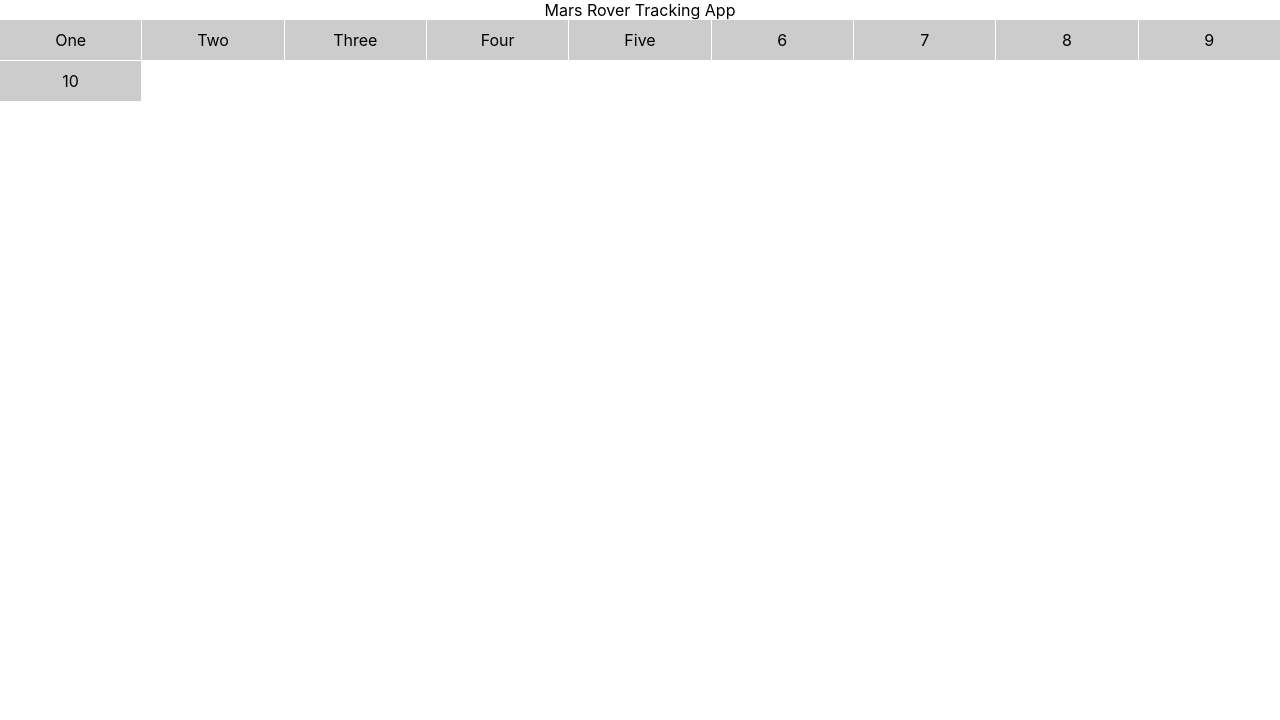
Repository: madhurisandbhor/Rover-Tracking-App
Page: /
These files come from the project's save history. The page is drawn as it stood at one moment and after the next save; the edit follows.
The browser window is 1280 px wide. The pictures show the whole page.
The project was rebuilt for these pictures with package versions that can differ from the ones it lists, and the page was loaded fresh each time.

Above is the page before, as saved 2021-09-06 16:54:40.

After the next save:
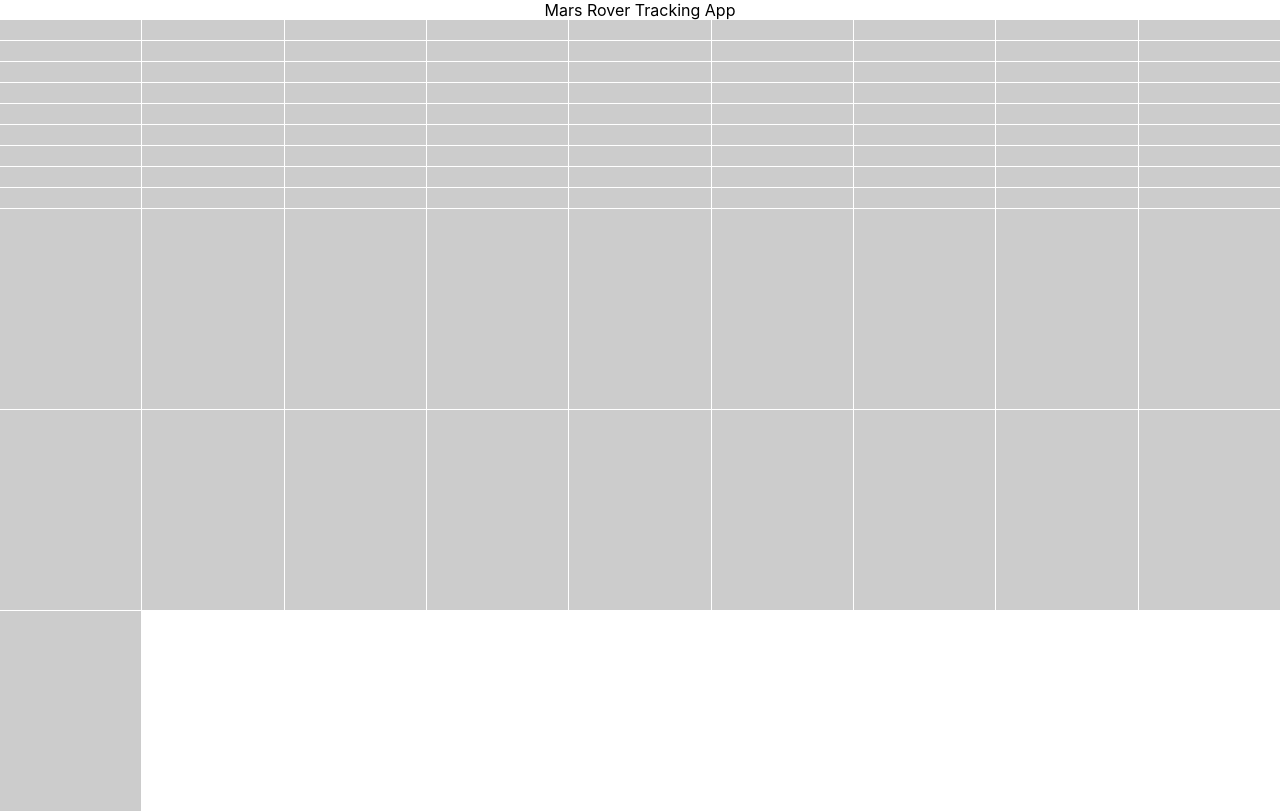
Saved 36 s later.
--- a/src/Grid.jsx
+++ b/src/Grid.jsx
@@ -17,16 +17,106 @@ const item = {
 const Grid = () => {
     return (
         <div style={wrapper}>
-            <div style={item}>One</div>
-            <div style={item}>Two</div>
-            <div style={item}>Three</div>
-            <div style={item}>Four</div>
-            <div style={item}>Five</div>
-            <div style={item}>6</div>
-            <div style={item}>7</div>
-            <div style={item}>8</div>
-            <div style={item}>9</div>
-            <div style={item}>10</div>
+            <div style={item}></div>
+            <div style={item}></div>
+            <div style={item}></div>
+            <div style={item}></div>
+            <div style={item}></div>
+            <div style={item}></div>
+            <div style={item}></div>
+            <div style={item}></div>
+            <div style={item}></div>
+            <div style={item}></div>
+            <div style={item}></div>
+            <div style={item}></div>
+            <div style={item}></div>
+            <div style={item}></div>
+            <div style={item}></div>
+            <div style={item}></div>
+            <div style={item}></div>
+            <div style={item}></div>
+            <div style={item}></div>
+            <div style={item}></div>
+            <div style={item}></div>
+            <div style={item}></div>
+            <div style={item}></div>
+            <div style={item}></div>
+            <div style={item}></div>
+            <div style={item}></div>
+            <div style={item}></div>
+            <div style={item}></div>
+            <div style={item}></div>
+            <div style={item}></div>
+            <div style={item}></div>
+            <div style={item}></div>
+            <div style={item}></div>
+            <div style={item}></div>
+            <div style={item}></div>
+            <div style={item}></div>
+            <div style={item}></div>
+            <div style={item}></div>
+            <div style={item}></div>
+            <div style={item}></div>
+            <div style={item}></div>
+            <div style={item}></div>
+            <div style={item}></div>
+            <div style={item}></div>
+            <div style={item}></div>
+            <div style={item}></div>
+            <div style={item}></div>
+            <div style={item}></div>
+            <div style={item}></div>
+            <div style={item}></div>
+            <div style={item}></div>
+            <div style={item}></div>
+            <div style={item}></div>
+            <div style={item}></div>
+            <div style={item}></div>
+            <div style={item}></div>
+            <div style={item}></div>
+            <div style={item}></div>
+            <div style={item}></div>
+            <div style={item}></div>
+            <div style={item}></div>
+            <div style={item}></div>
+            <div style={item}></div>
+            <div style={item}></div>
+            <div style={item}></div>
+            <div style={item}></div>
+            <div style={item}></div>
+            <div style={item}></div>
+            <div style={item}></div>
+            <div style={item}></div>
+            <div style={item}></div>
+            <div style={item}></div>
+            <div style={item}></div>
+            <div style={item}></div>
+            <div style={item}></div>
+            <div style={item}></div>
+            <div style={item}></div>
+            <div style={item}></div>
+            <div style={item}></div>
+            <div style={item}></div>
+            <div style={item}></div>
+            <div style={item}></div>
+            <div style={item}></div>
+            <div style={item}></div>
+            <div style={item}></div>
+            <div style={item}></div>
+            <div style={item}></div>
+            <div style={item}></div>
+            <div style={item}></div>
+            <div style={item}></div>
+            <div style={item}></div>
+            <div style={item}></div>
+            <div style={item}></div>
+            <div style={item}></div>
+            <div style={item}></div>
+            <div style={item}></div>
+            <div style={item}></div>
+            <div style={item}></div>
+            <div style={item}></div>
+            <div style={item}></div>
         </div>
     )
 }
